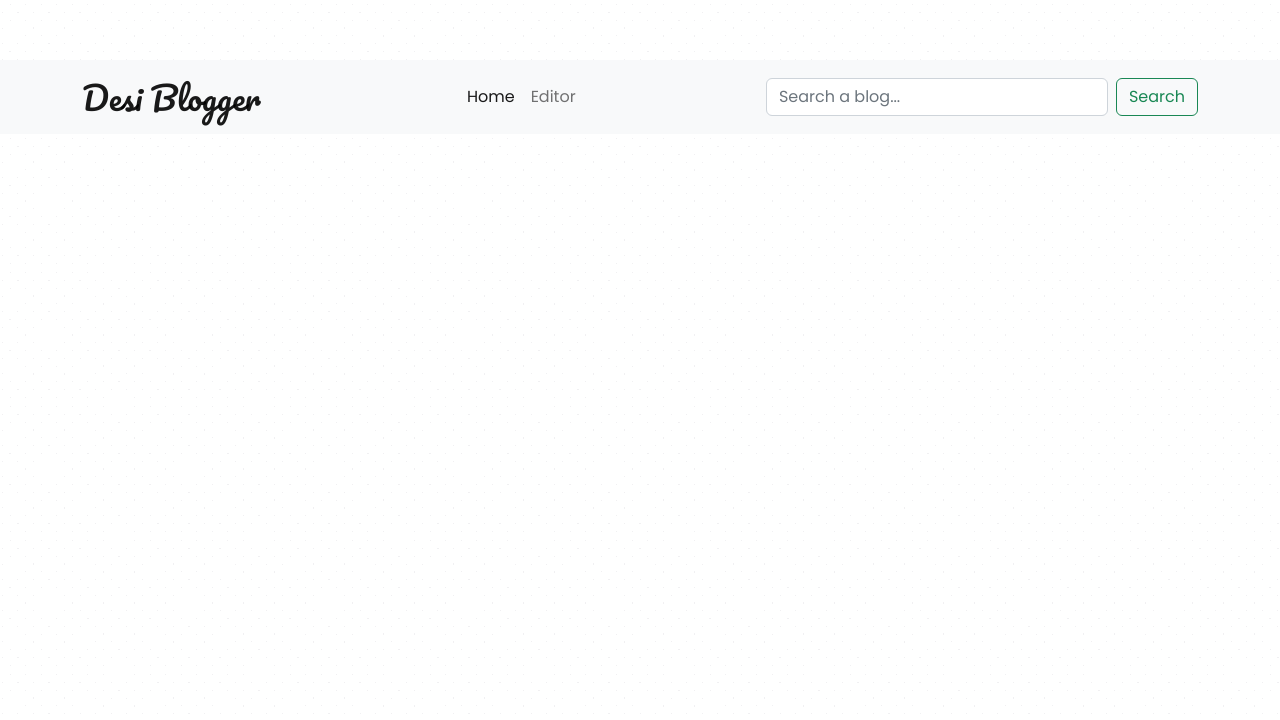
Repository: badhon252/Desi_Blogger
Page: public/home.html
An editor plug-in stored every save of this project. The page is shown before and after the next save, followed by the edit.
The browser window is 1280 px wide. The pictures show the whole page.

Above is the page before, as saved 2022-11-15 19:30:21.

After the next save:
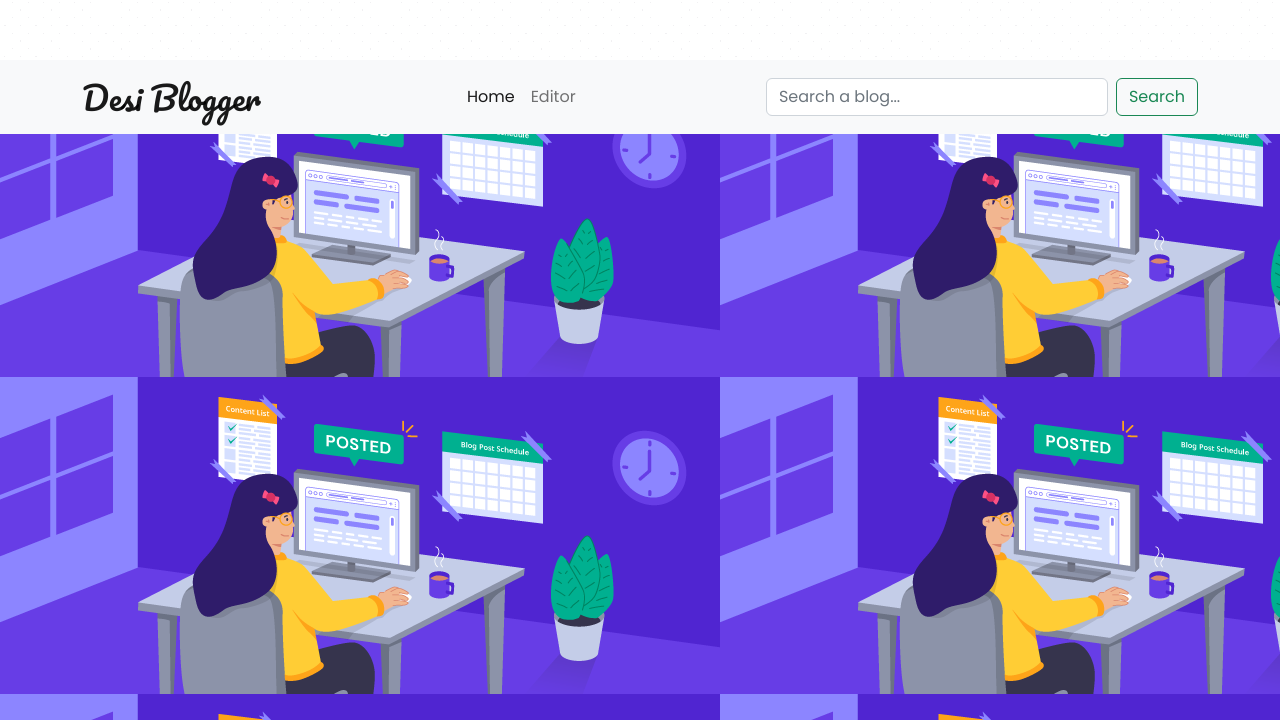
Saved 49 s later.
--- a/public/css/home.css
+++ b/public/css/home.css
@@ -36,5 +36,7 @@ body {
 
 #header {
   margin-top: 60px;
+  width: 100%;
+  height: calc(100vh - 60px);
   background-image: url(../img/how-to-start-a-blog.png);
 }
